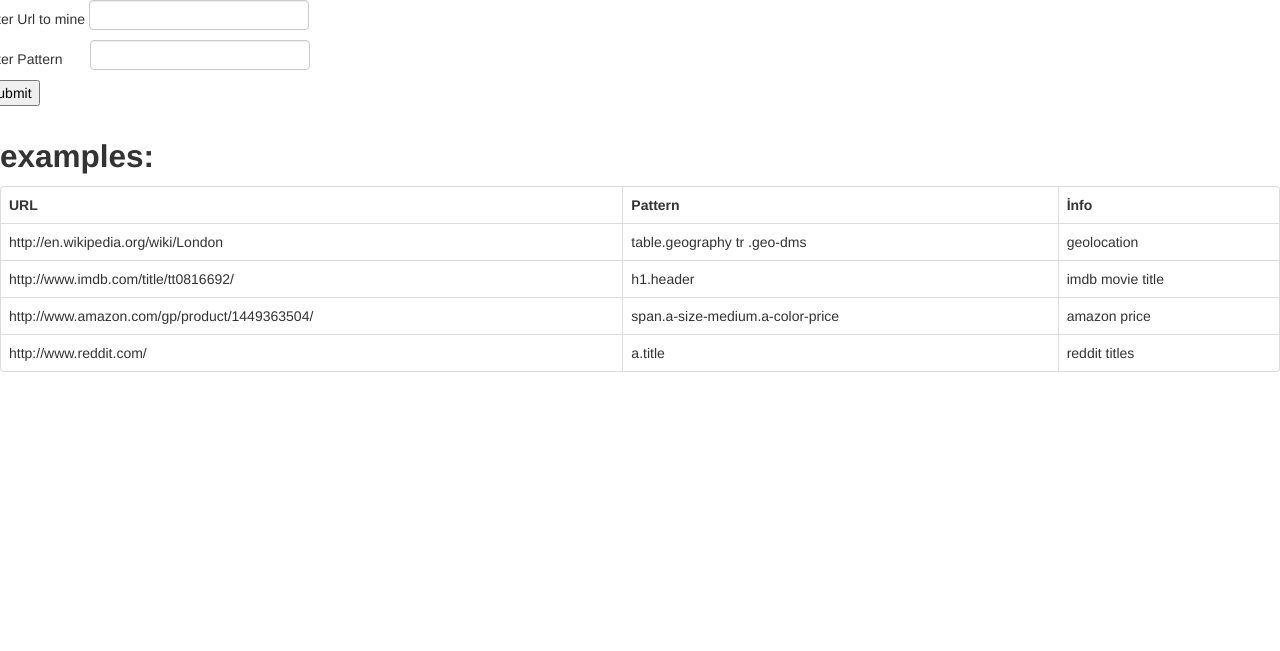
Repository: nerginer/datamine
Page: client/index.html
The author's editor kept a record of every edit. The page is drawn from the files as they stood at one moment, then again after the next edit.
The browser window is 1280 px wide. The pictures show the whole page.

Above is the page before.

### client/index.html
<!DOCTYPE html>
<html>
<head>
<meta charset="utf-8" />
<title>Data Mine</title>
<link rel="stylesheet" type="text/css" href="css/bootstrap.min.css">
</head>
<body>
<div class="col col-buffer row top-buffer">
 <div class="form-group">

            <form action="/" method="post">
               Enter Url to mine
               <input type="text" name="URL"  />
               <br>
               Enter Pattern&nbsp;&nbsp;&nbsp;&nbsp;&nbsp;&nbsp;
               <input type="text" name="Pattern"  />
               <br>

               <button type="submit">Submit</button>
 </div>           </form>
</div>






            <h2>examples:</h2>








<table class="table table-bordered">
  <tr>
    <th>URL</th>
    <th>Pattern</th>
    <th>İnfo</th>
  </tr>
  <tr>
    <td>http://en.wikipedia.org/wiki/London</td>
    <td>table.geography tr .geo-dms</td>
    <td>geolocation</td>
  </tr>
  <tr>
    <td>http://www.imdb.com/title/tt0816692/</td>
    <td>h1.header</td>
    <td>imdb movie title</td>
  </tr>
  <tr>
    <td>http://www.amazon.com/gp/product/1449363504/</td>
    <td>span.a-size-medium.a-color-price</td>
    <td>amazon price</td>
  </tr>
  <tr>
    <td>http://www.reddit.com/</td>
    <td>a.title</td>
    <td>reddit titles</td>
  </tr>
</table>





</body>
</html>

Loaded but not shown: client/css/bootstrap.min.css (library)

After the next edit:
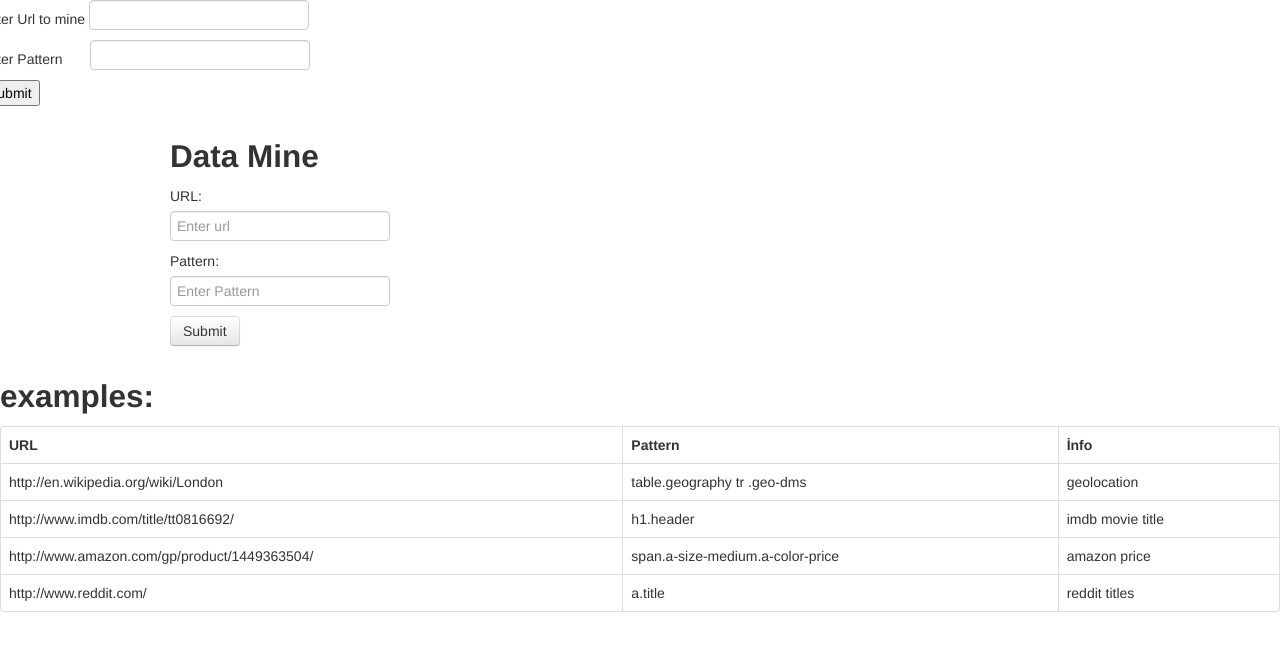
The edit:
--- a/client/index.html
+++ b/client/index.html
@@ -21,7 +21,21 @@
  </div>           </form>
 </div>
 
+<div class="container">
+      <h2>Data Mine</h2>
+       <form action="/" method="post">
+        <div class="form-group">
+          <label for="text">URL:</label>
+          <input type="text" class="form-control" name="URL" placeholder="Enter url">
+        </div>
+        <div class="form-group">
+          <label for="text">Pattern:</label>
+          <input type="text" class="form-control" name="Pattern" placeholder="Enter Pattern">
+        </div>
 
+        <button type="submit" class="btn btn-default">Submit</button>
+      </form>
+</div>
 
 
 
